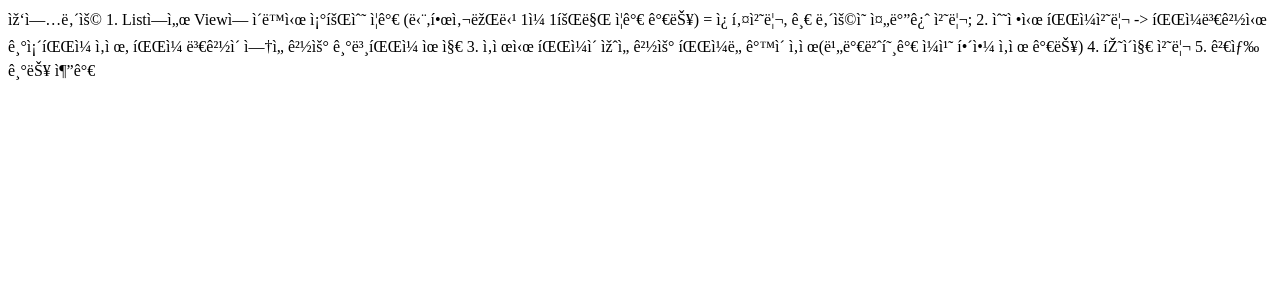
Repository: SeolhwaPark/Spring
Page: http://localhost/exPds/WEB-INF/views/Pds/Memo.jsp
An editor plug-in stored every save of this project. The page is shown before and after the next save, followed by the edit.
The browser window is 1280 px wide. The pictures show the whole page.
The page is served by Tomcat 9. Nobody is signed in. The template is opened directly, without the code that normally fills it, so the values that code supplies are empty.

Above is the page before, as saved 2020-06-24 07:34:08.

After the next save:
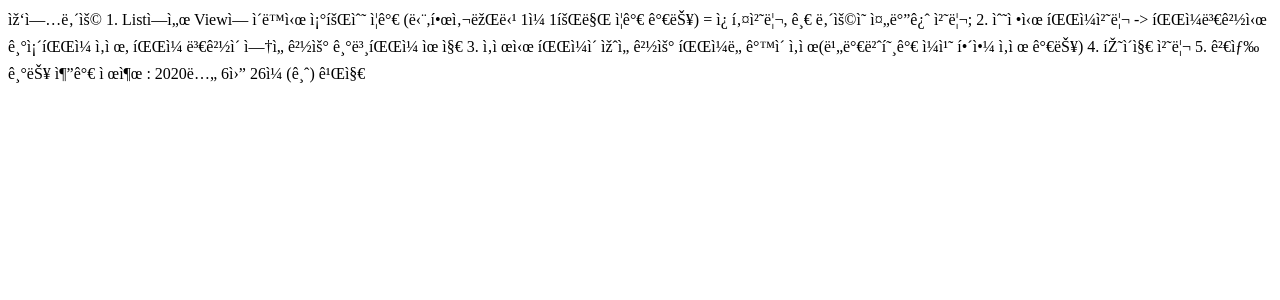
Saved 37 s later.
--- a/exSpring/exPds/src/main/webapp/WEB-INF/views/Pds/Memo.jsp
+++ b/exSpring/exPds/src/main/webapp/WEB-INF/views/Pds/Memo.jsp
@@ -4,3 +4,5 @@
 3. 삭제시 파일이 있을 경우 파일도 같이 삭제(비밀번호가 일치 해야 삭제 가능)
 4. 페이지 처리
 5. 검색 기능 추가
+
+제출 : 2020년 6월 26일 (금) 까지
